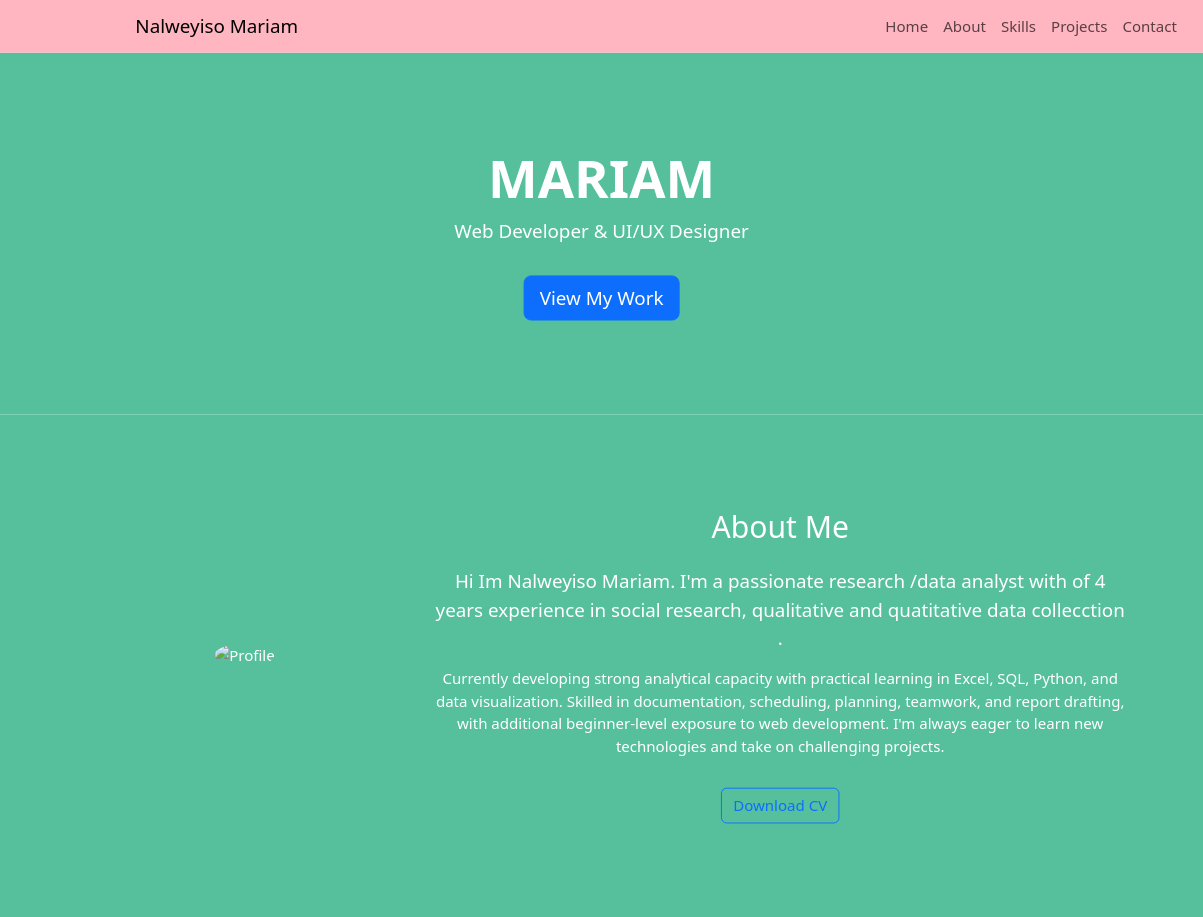
Repository: NalweMari/My-Personal-Portfolio
Page: index.html
An editor plug-in stored every save of this project. The page is shown before and after a run of saves, followed by the edit.
The browser window is 1280 px wide. The pictures show the whole page, at 94% of full size.

Above is the page before, as saved 2025-11-27 18:26:05.
Console error (its wording comes from the project's code and is left out).

After the next 2 saves:
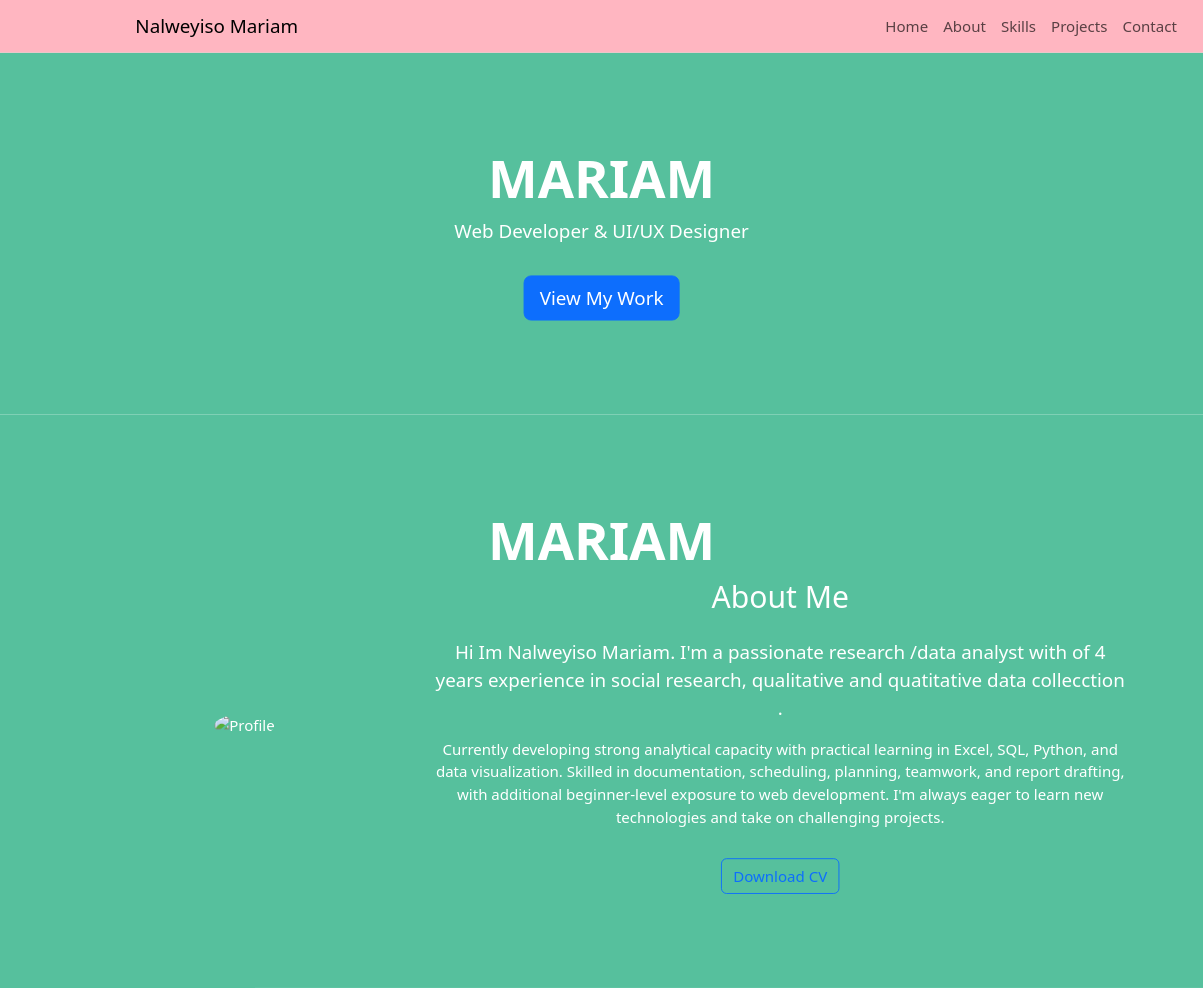
The 2 saves are shown as one change because they came seconds apart.
The last was saved 44 s later.
--- a/index.html
+++ b/index.html
@@ -52,6 +52,7 @@
     </section>
     <section id="home" class="hero-section text-center">
         <div class="container">
+             <h1 class="display-4 fw-bold">MARIAM</h1>
             <div class="row align-items-center">
                 <div class="col-md-4 text-center mb-4">
                     <img src="" alt="Profile" class="img-fluid rounded-circle">
